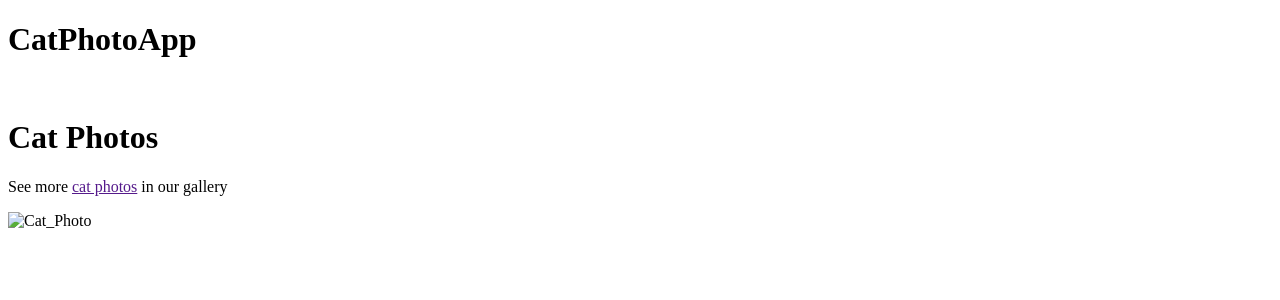
Repository: Lungdjos/cat_photo_app
Page: cat_photo_app/index.html
These files come from the project's save history. The page is drawn as it stood at one moment and after the next save; the edit follows.
The browser window is 1280 px wide. The pictures show the whole page.

Above is the page before, as saved 2023-08-29 12:54:58.

### cat_photo_app/index.html
<!DOCTYPE html>
<html lang="en">

<head>
    <meta charset="UTF-8">
    <meta name="viewport" content="width=device-width, initial-scale=1.0">
    <title>Cat Photo App</title>
</head>

<body>
    <h1>CatPhotoApp</h1>
    <br>
    <h1>Cat Photos</h1>

    <p>See more
        <a href="">cat photos</a> in our gallery</p>
    <img src="" alt="Cat_Photo">

</body>

</html>

After the next save:
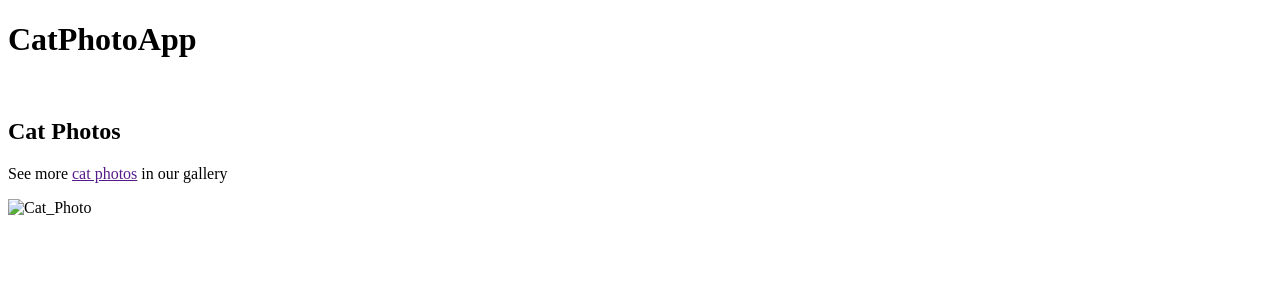
Saved 12 s later.
--- a/cat_photo_app/index.html
+++ b/cat_photo_app/index.html
@@ -10,11 +10,11 @@
 <body>
     <h1>CatPhotoApp</h1>
     <br>
-    <h1>Cat Photos</h1>
+    <h2>Cat Photos</h1>
 
-    <p>See more
-        <a href="">cat photos</a> in our gallery</p>
-    <img src="" alt="Cat_Photo">
+        <p>See more
+            <a href="">cat photos</a> in our gallery</p>
+        <img src="" alt="Cat_Photo">
 
 </body>
 
